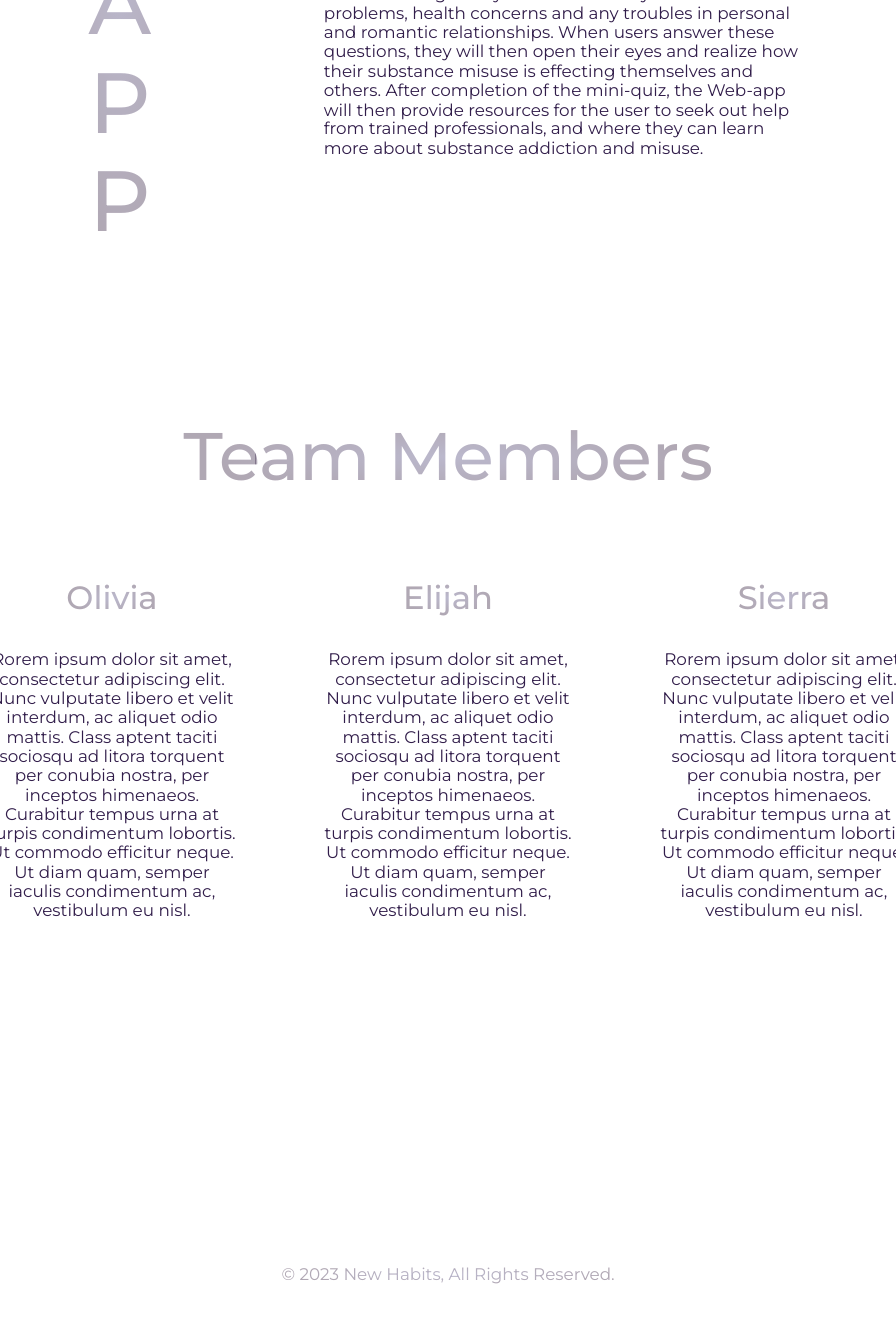
Repository: sierralaurent/Styleguide-Big_Project
Page: home.html
The author's editor kept a copy of each file at every save. The page is drawn from the files as they stood at one save, then again after the next save.
The browser window is 1280 px wide. The pictures show the part of the page from y = 1617 to 3537 px (the page is 3537 px tall before and 3509 px after), at 70% of full size.
Some web fonts or font styles are not loaded; a fallback is used.

Above is the page before, as saved 2023-03-12 13:31:56.

### home.html
<!DOCTYPE html>
<html lang="en">
  <head>
    <title>New Habits Web-App | Home</title>
    <meta
      property="og:title"
      content="Welcome to the New Habits Web-App Home Page"
    />
    <meta name="viewport" content="width=device-width, initial-scale=1.0" />
    <meta charset="utf-8" />
    <link rel="icon" type="image/x-icon" href="/assets/favicon.ico" />

    <link
      rel="stylesheet"
      href="https://fonts.googleapis.com/css2?family=Montserrat:ital,wght@0,100;0,200;0,300;0,400;0,500;0,600;0,700;0,800;0,900;1,100;1,200;1,300;1,400;1,500;1,600;1,700;1,800;1,900&amp;display=swap"
      data-tag="font"
    />
    <link rel="stylesheet" href="./style.css" />
    <link href="./home.css" rel="stylesheet" />
    <link href="./navstyle.css" rel="stylesheet" />
  </head>
  <header>
    <div class="logo">
      <a href="home.html">
        <img src="assets/logo.png" alt="logo" />
      </a>
    </div>
    <div class="navigation">
      <button class="hamburger" onclick="show()">
        <img src="assets/burger.png" />
      </button>
      <nav>
        <h1 class="menutitle">Menu</h1>
        <ul>
          <li><a href="home.html">Home</a></li>
          <li><a a href="logo.html">Logo</a></li>
          <li><a a href="typo.html">Colours & Typo</a></li>
          <li><a href="visuals.html">Visuals</a></li>
        </ul>
      </nav>
    </div>
    <script src="nav.js"></script>
  </header>
  <body>
    <div>
      <div class="home-container">
        <div class="home-container1">
          <div class="home-container2">
            <p class="home-text">Welcome to</p>
            <h1 class="home-text01 Title">New Habits Web-App</h1>
            <p class="home-text02 body">
              This style-guide is here to help the designers, creators and
              developers imagine what this app looks like, and will be able to
              provide an accurate feel for the energy and theme the web-app with
              have. This style-guide also provides rules for logo use, the
              typography used, as well as the colors and graphics.
            </p>
          </div>
        </div>
        <div class="home-container3">
          <p class="home-text03 sidetitle">
            <span>O</span>
            <br />
            <span>U</span>
            <br />
            <span>R</span>
            <br />
            <span>A</span>
            <br />
            <span>P</span>
            <br />
            <span>P</span>
            <br />
          </p>
            <p class="home-text17 body">
              The New Habits Web-App is for people who have been struggling with
              substance misuse, and think they may be nearing the point of no
              return. This app has been designed tho help those, by including a
              short quiz to help users realize the severity of their misuse. It
              also includes points to help users understand that substance
              misuse not only effects them, but their family and friends. New
              Habits end goal is to help it’s users and get them into their
              recovery journey, by providing a informational web-app as their
              zero-judgment safe zone.
              <br/>
              <br/>
              The New-Habits web app will ask users a series of questions,
              narrowing down their substance misuse to a level of severe to
              not-severe and how they can seek help and support from a trained
              professional. Questions include asking if they have noticed any
              financial problems, health concerns and any troubles in personal
              and romantic relationships. When users answer these questions,
              they will then open their eyes and realize how their substance
              misuse is effecting themselves and others. After completion of the
              mini-quiz, the Web-app will then provide resources for the user to
              seek out help from trained professionals, and where they can learn
              more about substance addiction and misuse.
            </p>

        </div>
        <div class="home-container4">
          <div class="home-container5">
            <h2 class="home-text18 Title">Team Members</h2>
          </div>
        </div>
        <div class="home-container6">
          <div class="home-olivia">
            <p class="home-olivia-text">Olivia</p>
            <p class="home-text19">
              Rorem ipsum dolor sit amet, consectetur adipiscing elit. Nunc
              vulputate libero et velit interdum, ac aliquet odio mattis. Class
              aptent taciti sociosqu ad litora torquent per conubia nostra, per
              inceptos himenaeos. Curabitur tempus urna at turpis condimentum
              lobortis. Ut commodo efficitur neque. Ut diam quam, semper iaculis
              condimentum ac, vestibulum eu nisl.
            </p>
          </div>
          <div class="home-elijah">
            <p class="home-elijah-text">Elijah</p>
            <p class="home-text20">
              Rorem ipsum dolor sit amet, consectetur adipiscing elit. Nunc
              vulputate libero et velit interdum, ac aliquet odio mattis. Class
              aptent taciti sociosqu ad litora torquent per conubia nostra, per
              inceptos himenaeos. Curabitur tempus urna at turpis condimentum
              lobortis. Ut commodo efficitur neque. Ut diam quam, semper iaculis
              condimentum ac, vestibulum eu nisl.
            </p>
          </div>
          <div class="home-sierra">
            <p class="home-sierra-text">Sierra</p>
            <p class="home-text21">
              Rorem ipsum dolor sit amet, consectetur adipiscing elit. Nunc
              vulputate libero et velit interdum, ac aliquet odio mattis. Class
              aptent taciti sociosqu ad litora torquent per conubia nostra, per
              inceptos himenaeos. Curabitur tempus urna at turpis condimentum
              lobortis. Ut commodo efficitur neque. Ut diam quam, semper iaculis
              condimentum ac, vestibulum eu nisl.
            </p>
          </div>
        </div>
        <footer class="home-footer">
          <p class="home-text24">© 2023 New Habits, All Rights Reserved.</p>
        </footer>
      </div>
    </div>
  </body>
</html>

### style.css
:root {
  --dl-black: #212121ff;
  --dl-creme: #f9f9ffff;
  --dl-white: #f8f9f9ff;
  --dark-purple: #311D4A;
  --main-purple: #9381FF;
  --light-purple: #B8B8FF;
}

.body {
  font-size: 24px;
  font-family: Montserrat;
  font-weight: 400;
  line-height: 1.15;
  text-transform: none;
  text-decoration: none;
}
.sidetitle {
  font-size: 122px;
  font-family: Montserrat;
  font-weight: 500;
  line-height: 1.15;
  text-transform: none;
  text-decoration: none;
}
.subtitleText {
  font-size: 32px;
  font-style: normal;
  font-family: Montserrat;
  font-weight: 500;
  line-height: 1.15;
  text-transform: none;
  text-decoration: none;
}
.Title {
  font-size: 96px;
  font-family: Montserrat;
  font-weight: 500;
  line-height: 1.15;
  text-transform: none;
  text-decoration: none;
}

html {
  line-height: 1.15;
}
body {
  margin: 0;
}
* {
  box-sizing: border-box;
  border-width: 0;
  border-style: solid;
}
p,
li,
ul,
pre,
div,
h1,
h2,
figure,
blockquote,
figcaption {
  margin: 0;
  padding: 0;
}

a {
  color: inherit;
  text-decoration: inherit;
}
input {
  padding: 2px 4px;
}
img {
  display: block;
}
html {
  scroll-behavior: smooth;
}

### home.css
/* Define the scrollbar style */
::-webkit-scrollbar {
  width: 10px;
}

::-webkit-scrollbar-thumb {
  background-image: linear-gradient(180deg, var(--light-purple) 0%, var(--main-purple) 99%);
  box-shadow: inset 2px 2px 5px 0 var(--creme);
  border-radius: 100px;
}

html {
  font-family: Montserrat;
  font-size: 24px;
  scroll-behavior: smooth;
}

body {
  font-weight: 400;
  font-style: normal;
  text-decoration: none;
  text-transform: none;
  letter-spacing: normal;
  line-height: 1.15;
  color: var(--black);
  background-color: var(--creme);
}

.home-container {
  width: 100%;
  display: flex;
  overflow: auto;
  min-height: 100vh;
  align-items: center;
  flex-direction: column;
}
.home-container1 {
  flex: 0 0 auto;
  width: auto;
  height: auto;
  display: flex;
  align-items: flex-start;
  justify-content: center;
}
.home-container2 {
  flex: 0 0 auto;
  width: auto;
  display: flex;
  align-self: center;
  margin-top: 5rem;
  align-items: center;
  margin-bottom: 15rem;
  flex-direction: column;
  justify-content: center;
}
.home-text {
  font-size: 36px;
  text-align: center;
  font-family: Montserrat;
  background: linear-gradient(0deg, rgba(0, 0, 0, 0.2), rgba(0, 0, 0, 0.2)),
    radial-gradient(
      50% 50% at 50% 50%,
      rgba(147, 129, 255, 0.2) 0%,
      rgba(79, 26, 98, 0.2) 94.12%
    );
  -webkit-background-clip: text;
  -webkit-text-fill-color: transparent;
  background-clip: text;
  text-fill-color: transparent;
}
.home-text01 {
  margin-top: 1rem;
  text-align: center;
  margin-bottom: 1rem;
  background: linear-gradient(0deg, rgba(0, 0, 0, 0.2), rgba(0, 0, 0, 0.2)),
    radial-gradient(
      50% 50% at 50% 50%,
      rgba(147, 129, 255, 0.2) 0%,
      rgba(79, 26, 98, 0.2) 94.12%
    );
  -webkit-background-clip: text;
  -webkit-text-fill-color: transparent;
  background-clip: text;
  text-fill-color: transparent;
}
.home-text02 {
  width: 31rem;
  text-align: center;
  color: var(--dark-purple);
}
.home-container3 {
  flex: 0 0 auto;
  width: 100%;
  height: auto;
  display: flex;
  align-items: flex-start;
  justify-content: center;
}
.home-text03 {
  text-align: center;
  background: linear-gradient(0deg, rgba(0, 0, 0, 0.2), rgba(0, 0, 0, 0.2)),
    radial-gradient(
      50% 50% at 50% 50%,
      rgba(147, 129, 255, 0.2) 0%,
      rgba(79, 26, 98, 0.2) 94.12%
    );
  -webkit-background-clip: text;
  -webkit-text-fill-color: transparent;
  background-clip: text;
  text-fill-color: transparent;
}
.home-text17 {
  width: 35rem;
  margin-top: 5rem;
  text-align: left;
  margin-left: 5rem;
  margin-right: 5rem;
  margin-bottom: 5rem;
  color: var(--dark-purple);
}
.home-container4 {
  flex: 0 0 auto;
  width: auto;
  height: auto;
  display: flex;
  align-items: flex-start;
  justify-content: center;
}
.home-container5 {
  flex: 0 0 auto;
  display: flex;
  align-items: flex-start;
  flex-direction: column;
}
.home-text18 {
  width: auto;
  margin-top: 15rem;
  text-align: center;
  margin-bottom: 5rem;
  background: linear-gradient(0deg, rgba(0, 0, 0, 0.2), rgba(0, 0, 0, 0.2)),
    radial-gradient(
      50% 50% at 50% 50%,
      rgba(147, 129, 255, 0.2) 0%,
      rgba(79, 26, 98, 0.2) 94.12%
    );
  -webkit-background-clip: text;
  -webkit-text-fill-color: transparent;
  background-clip: text;
  text-fill-color: transparent;
}
.home-container6 {
  flex: 0 0 auto;
  width: auto;
  height: auto;
  display: flex;
  align-items: flex-start;
  margin-bottom: 15rem;
  justify-content: center;
}
.home-olivia {
  flex: 0 0 auto;
  display: flex;
  align-items: center;
  flex-direction: column;
}
.home-olivia-text {
  width: 25rem;
  font-size: 96px;
  text-align: center;
  font-family: Montserrat;
  font-weight: 500;
  line-height: 1.15;
  margin-bottom: 2rem;
  text-transform: none;
  text-decoration: none;
  background: linear-gradient(0deg, rgba(0, 0, 0, 0.2), rgba(0, 0, 0, 0.2)),
    radial-gradient(
      50% 50% at 50% 50%,
      rgba(147, 129, 255, 0.2) 0%,
      rgba(79, 26, 98, 0.2) 94.12%
    );
  -webkit-background-clip: text;
  -webkit-text-fill-color: transparent;
  background-clip: text;
  text-fill-color: transparent;
}
.home-text19 {
  width: 15rem;
  align-self: center;
  text-align: center;
  color: var(--dark-purple);
}
.home-elijah {
  flex: 0 0 auto;
  display: flex;
  align-items: center;
  flex-direction: column;
}
.home-elijah-text {
  width: 25rem;
  font-size: 96px;
  text-align: center;
  font-family: Montserrat;
  font-weight: 500;
  line-height: 1.15;
  margin-bottom: 2rem;
  text-transform: none;
  text-decoration: none;
  background: linear-gradient(0deg, rgba(0, 0, 0, 0.2), rgba(0, 0, 0, 0.2)),
    radial-gradient(
      50% 50% at 50% 50%,
      rgba(147, 129, 255, 0.2) 0%,
      rgba(79, 26, 98, 0.2) 94.12%
    );
  -webkit-background-clip: text;
  -webkit-text-fill-color: transparent;
  background-clip: text;
  text-fill-color: transparent;
}
.home-text20 {
  width: 15rem;
  align-self: center;
  text-align: center;
  color: var(--dark-purple);
}
.home-sierra {
  flex: 0 0 auto;
  display: flex;
  align-items: center;
  flex-direction: column;
}
.home-sierra-text {
  width: 25rem;
  font-size: 96px;
  text-align: center;
  font-family: Montserrat;
  font-weight: 500;
  line-height: 1.15;
  margin-bottom: 2rem;
  text-transform: none;
  text-decoration: none;
  background: linear-gradient(0deg, rgba(0, 0, 0, 0.2), rgba(0, 0, 0, 0.2)),
    radial-gradient(
      50% 50% at 50% 50%,
      rgba(147, 129, 255, 0.2) 0%,
      rgba(79, 26, 98, 0.2) 94.12%
    );
  -webkit-background-clip: text;
  -webkit-text-fill-color: transparent;
  background-clip: text;
  text-fill-color: transparent;
}
.home-text21 {
  width: 15rem;
  align-self: center;
  text-align: center;
  color: var(--dark-purple);
}
.home-text23 {
  width: 15rem;
  align-self: center;
  text-align: center;
}
.home-footer {
  width: 100%;
  height: 197px;
  display: flex;
  max-width: auto;
  align-self: center;
  align-items: center;
  padding-top: 32px;
  padding-left: 48px;
  padding-right: 48px;
  padding-bottom: 32px;
  justify-content: center;
}
.home-text24 {
  text-align: center;
  background: linear-gradient(0deg, rgba(0, 0, 0, 0.2), rgba(0, 0, 0, 0.2)),
    radial-gradient(
      50% 50% at 50% 50%,
      rgba(147, 129, 255, 0.2) 0%,
      rgba(79, 26, 98, 0.2) 94.12%
    );
  -webkit-background-clip: text;
  -webkit-text-fill-color: transparent;
  background-clip: text;
  text-fill-color: transparent;
}
@media (max-width: 1600px) {
  .home-container1 {
    width: 100%;
  }
  .home-container2 {
    align-items: center;
    justify-content: center;
  }
  .home-text01 {
    margin-top: 1rem;
    margin-bottom: 1rem;
  }
  .home-container3 {
    width: 100%;
  }
  .home-text03 {
    width: auto;
    margin: 3rem;
    padding: 2rem;
  }
  .home-text17 {
    width: 40rem;
    margin-top: 7rem;
    text-align: left;
    margin-right: 5rem;
  }
  .home-container4 {
    width: auto;
    justify-content: center;
  }
  .home-container5 {
    width: auto;
    height: auto;
    align-items: center;
    justify-content: center;
  }
  .home-text18 {
    width: auto;
    height: auto;
    margin-top: 5rem;
    text-align: center;
    margin-bottom: 5rem;
  }
  .home-container6 {
    width: 100%;
    margin-bottom: 15rem;
  }
  .home-olivia {
    width: 20rem;
    height: auto;
    align-items: center;
    justify-content: center;
  }
  .home-olivia-text {
    width: auto;
    font-size: 46px;
    font-family: Montserrat;
    font-weight: 500;
    line-height: 1.15;
    margin-bottom: 2rem;
    text-transform: none;
    text-decoration: none;
  }
  .home-text19 {
    width: 15rem;
    text-transform: none;
  }
  .home-elijah {
    width: 20rem;
    height: auto;
    align-items: center;
    justify-content: center;
  }
  .home-elijah-text {
    width: auto;
    font-size: 46px;
    font-family: Montserrat;
    font-weight: 500;
    line-height: 1.15;
    margin-bottom: 2rem;
    text-transform: none;
    text-decoration: none;
  }
  .home-text20 {
    width: 15rem;
    text-transform: none;
  }
  .home-sierra {
    width: 20rem;
    height: auto;
    align-items: center;
    justify-content: center;
  }
  .home-sierra-text {
    width: auto;
    font-size: 46px;
    font-family: Montserrat;
    font-weight: 500;
    line-height: 1.15;
    margin-bottom: 2rem;
    text-transform: none;
    text-decoration: none;
  }
  .home-text21 {
    margin-bottom: 2rem;
  }
  .home-text23 {
    width: 15rem;
    text-transform: none;
    color: var(--dark-purple);
  }
}
@media (max-width: 1200px) {
  .home-text01 {
    margin-top: 1rem;
    margin-bottom: 1rem;
  }
  .home-container6 {
    align-items: center;
  }
  .home-olivia {
    width: 15rem;
    margin-left: 1rem;
    margin-right: 1rem;
  }
  .home-olivia-text {
    width: auto;
  }
  .home-text19 {
    width: 12rem;
  }
  .home-elijah {
    width: 15rem;
    margin-left: 1rem;
    margin-right: 1rem;
  }
  .home-elijah-text {
    width: auto;
  }
  .home-text20 {
    width: 12rem;
  }
  .home-sierra {
    width: 15rem;
    margin-left: 1rem;
  }
  .home-sierra-text {
    width: auto;
  }
  .home-text23 {
    width: 12rem;
  }
}
@media (max-width: 991px) {
  .home-container2 {
    width: 100%;
    height: 307px;
  }
  .home-text01 {
    margin-top: 1rem;
    margin-bottom: 1rem;
  }
  .home-container6 {
    align-items: center;
    flex-direction: column;
  }
  .home-olivia {
    width: 20rem;
    margin-bottom: 3rem;
  }
  .home-olivia-text {
    width: auto;
  }
  .home-text19 {
    width: auto;
  }
  .home-elijah {
    width: 20rem;
    margin-bottom: 3rem;
  }
  .home-elijah-text {
    width: auto;
  }
  .home-text20 {
    width: auto;
  }
  .home-sierra {
    width: 20rem;
  }
  .home-sierra-text {
    width: auto;
  }
  .home-text23 {
    width: 100%;
  }
}
@media (max-width: 767px) {
  .home-text01 {
    margin-top: 1rem;
    margin-bottom: 1rem;
  }
  .home-footer {
    padding-left: 32px;
    padding-right: 32px;
  }
  .home-text24 {
    text-align: center;
    margin-left: 16px;
    margin-right: 16px;
  }
}
@media (max-width: 479px) {
  .home-text01 {
    margin-top: 1rem;
    margin-bottom: 1rem;
  }
  .home-text02 {
    width: 479px;
  }
  .home-text03 {
    margin-top: 0rem;
    margin-left: 3rem;
    margin-right: 0rem;
    margin-bottom: 0rem;
  }
  .home-footer {
    padding: 16px;
    flex-direction: column;
  }
  .home-text24 {
    margin-left: 0px;
    margin-right: 0px;
    margin-bottom: 16px;
  }
}

### navstyle.css
@import url("https://fonts.cdnfonts.com/css/montserrat");

* {
  margin: 0;
  padding: 0;
  font-family: "Montserrat", sans-serif;
}

a,
button {
  cursor: pointer;
}

nav {
  position: absolute;
  top: 30px;
  right: 30px;
  width: 250px;
}

.navigation {
  position: fixed;
  top: 0;
  right: -500px;
  width: 312px;
  height: 100%;
  background-image: url("assets/background.png");
  background-size: cover;
  transition: 0.5s;
  border-radius: 27px 0 0 27px;
}

.logo {
    margin: 1.5rem;
}

.menutitle {
  font-family: "Montserrat", sans-serif;
  font-style: normal;
  font-weight: 400;
  font-size: 24px;
  display: flex;
  align-items: left;
  color: rgba(255, 255, 255, 0.32);
  margin: 1rem;
}

.navigation ul li {
  display: flex;
  color: rgba(255, 255, 255, 0.5);
  line-height: 20px;
  text-align: left;
  font-weight: 500;
  list-style-type: none;
  font-size: 14px;
  padding: 20px 30px;
  border-bottom: 0px 64px 64px -32px rgba(41, 15, 0, 0.56);
  transition: all 0.3s ease;
}

.navigation ul li:hover {
  padding: 16px 20px;
  background-image: url("assets/hover.png");
  background-size: cover;
  border-radius: 12px;
}

.hamburger,
.bar {
  position: fixed;
}

.hamburger {
  display: block;
  top: 5%;
  left: 95%;
  width: 30px;
  height: 30px;
  transform: translateY(-50%);
  border: 0;
  background: 0 0;
}

.hamburger.hidden {
  display: none; /* Hide the menu button */
}

.navigation.active {
  right: 0;
  z-index: 1;
}

### nav.js
const hamburger = document.querySelector('.hamburger');
const navigation = document.querySelector('.navigation');

document.addEventListener('click', function(event) {
  const isClickInside = navigation.contains(event.target) || hamburger.contains(event.target);
  if (!isClickInside) {
    navigation.classList.remove('active');
    hamburger.classList.remove('hidden');
  }
});

hamburger.addEventListener('click', function() {
  navigation.classList.add('active');
  hamburger.classList.add('hidden');
});

After the next save:
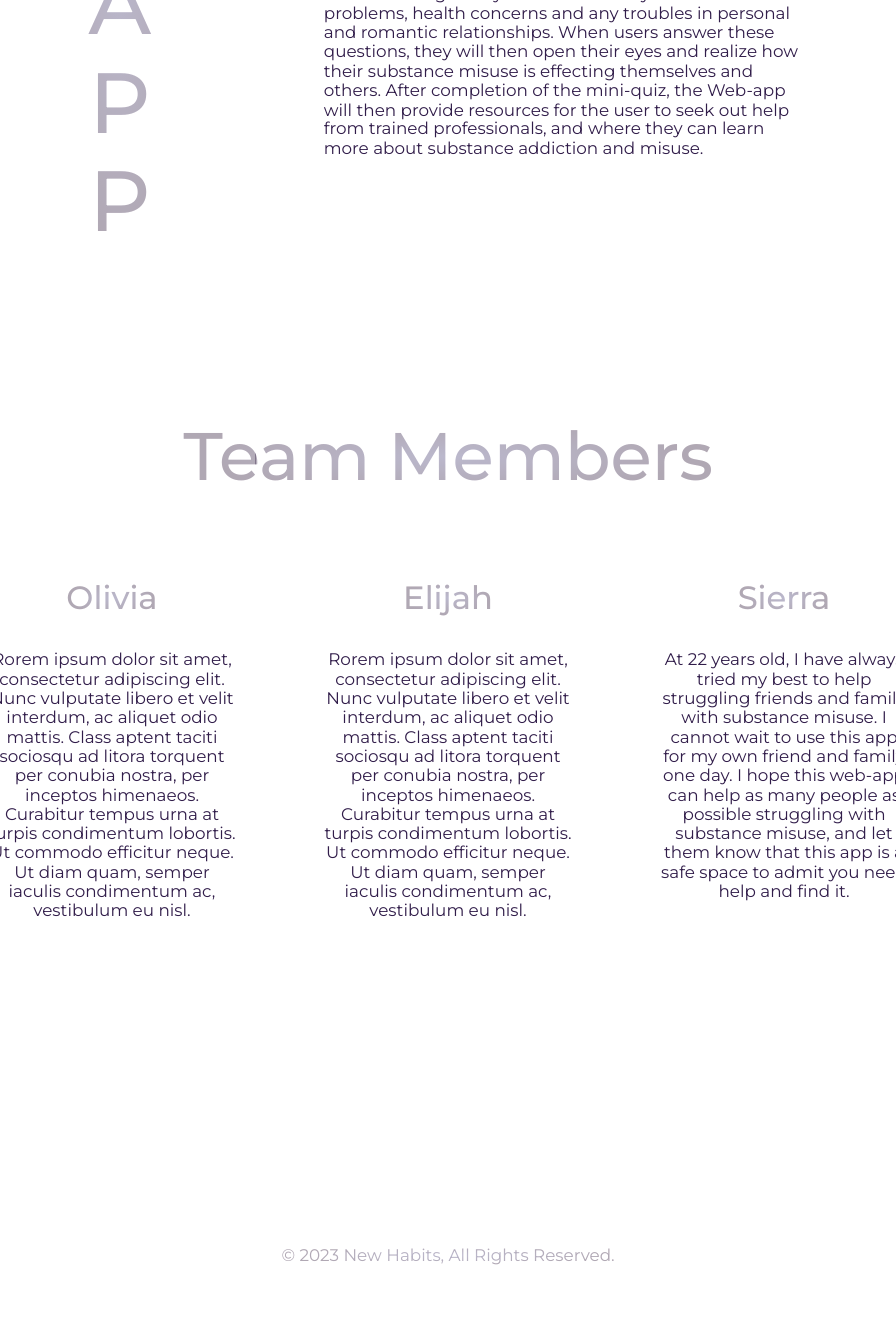
Saved 27 h 34 min later.
--- a/home.html
+++ b/home.html
@@ -129,12 +129,12 @@
           <div class="home-sierra">
             <p class="home-sierra-text">Sierra</p>
             <p class="home-text21">
-              Rorem ipsum dolor sit amet, consectetur adipiscing elit. Nunc
-              vulputate libero et velit interdum, ac aliquet odio mattis. Class
-              aptent taciti sociosqu ad litora torquent per conubia nostra, per
-              inceptos himenaeos. Curabitur tempus urna at turpis condimentum
-              lobortis. Ut commodo efficitur neque. Ut diam quam, semper iaculis
-              condimentum ac, vestibulum eu nisl.
+              At 22 years old, I have always tried my best to help struggling
+              friends and family with substance misuse. I cannot wait to use
+              this app for my own friend and family one day. I hope this
+              web-app can help as many people as possible struggling with
+              substance misuse, and let them know that this app is a safe
+              space to admit you need help and find it.
             </p>
           </div>
         </div>
